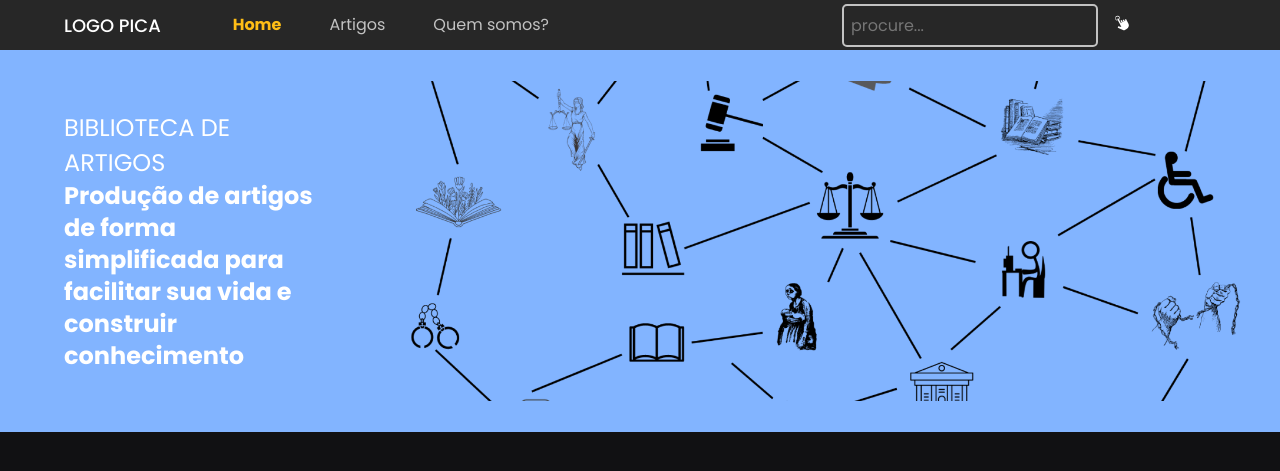
Repository: ArthurHendrich/Inepto
Page: /
The author's editor kept a copy of each file at every save. The page is drawn from the files as they stood at one save, then again after the next save.
The browser window is 1280 px wide. The pictures show the whole page.
The project was rebuilt for these pictures with package versions that can differ from the ones it lists, and the page was loaded fresh each time. The framework's server and built-in components were replaced by stand-ins that run in the browser. Also part of the build but not shown: next.config.js.

Above is the page before, as saved 2022-07-06 19:44:13.

After the next save:
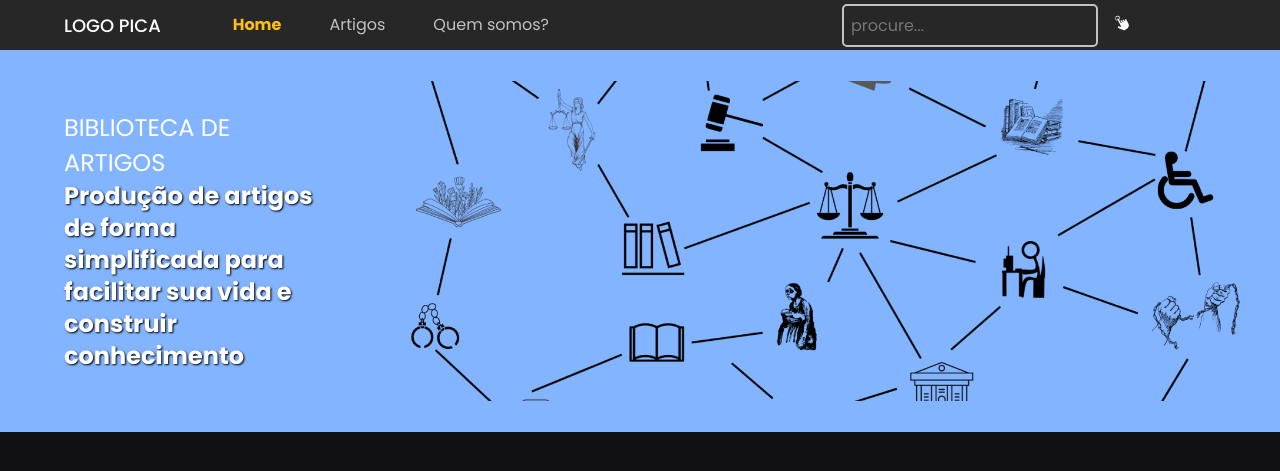
Saved 29 s later.
--- a/src/styles/home.module.scss
+++ b/src/styles/home.module.scss
@@ -19,7 +19,8 @@
     h2{
       font-weight: 700;
       line-height: 2rem;
-      text-shadow: 10px 10px 10px 10px black;
+      text-shadow: 1px 1px 2px black;
+
     }
   }
 
